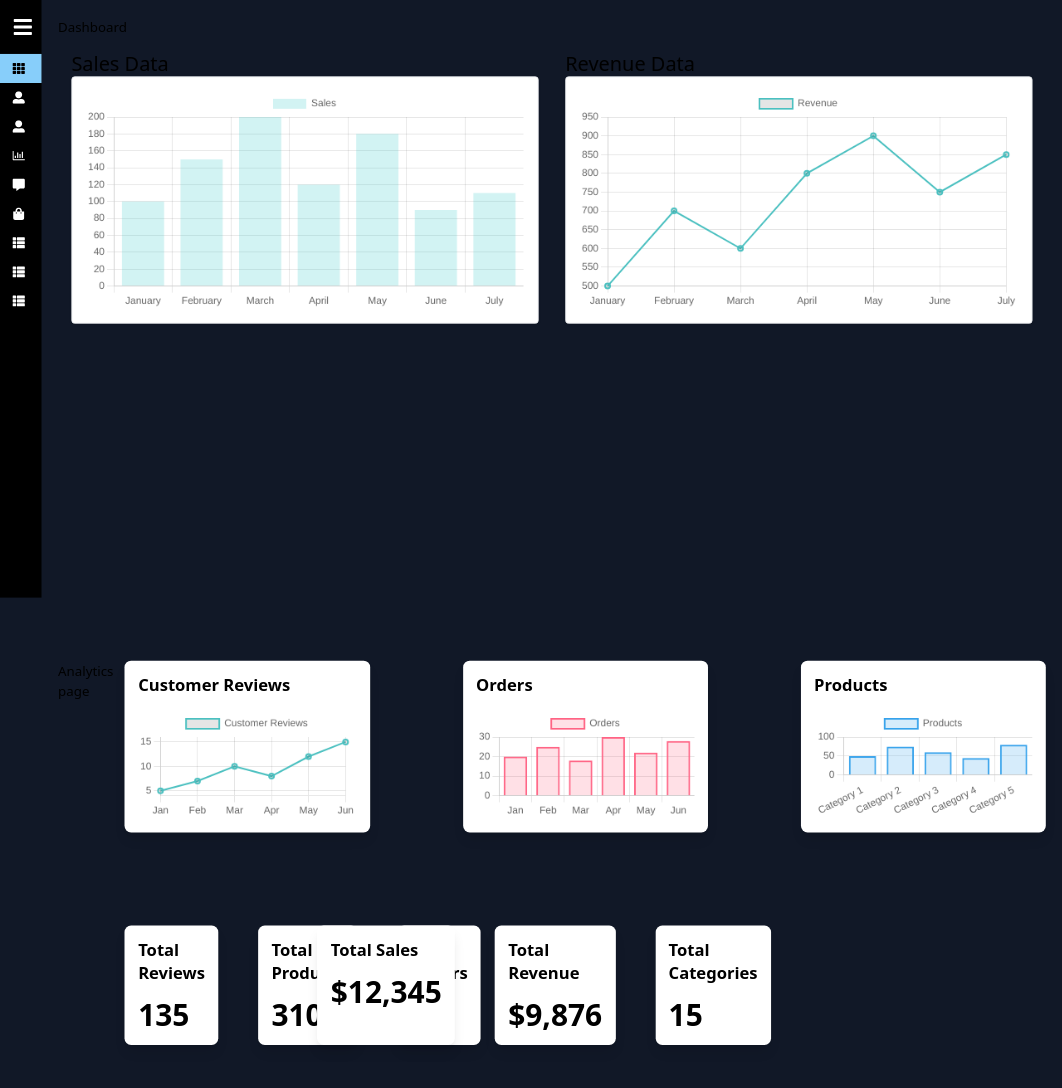
Repository: AndargWorku12/admin-dashboard
Page: /
An editor plug-in stored every save of this project. The page is shown before and after the next save, followed by the edit.
The browser window is 1280 px wide. The pictures show the whole page, at 83% of full size.
The project was rebuilt for these pictures with package versions that can differ from the ones it lists, and the page was loaded fresh each time. Also part of the build but not shown: src/pages/Orders.tsx, src/pages/Category.tsx, src/pages/Login.tsx, src/pages/CustemerReview.tsx, src/pages/ProductList.tsx, src/pages/ShopCard.tsx, src/pages/SignUpForm.tsx, src/pages/ForgetPassword.tsx.

Above is the page before, as saved 2024-01-29 05:53:01.

### src/index.tsx
import { ColorModeScript } from "@chakra-ui/react"
import * as React from "react"
import * as ReactDOM from "react-dom/client"
import App from "./App"
import './index.css'

const container = document.getElementById("root")
if (!container) throw new Error('Failed to find the root element');
const root = ReactDOM.createRoot(container)

root.render(

  <React.StrictMode>
    <ColorModeScript />
    <App />
  </React.StrictMode>,

)

### src/App.tsx

import React, {useState} from 'react';
import { BrowserRouter, Route, Routes } from 'react-router-dom';
import Sidebar from './components/Sidebar';
import Dashboard from './pages/Dashboard';
// import SignUpForm from './pages/LoginPopup'
import Orders from './pages/Orders';
import Category from './pages/Category';
import Login from './pages/Login'
import Analytics from './pages/Analytics';
import CustemerReview from './pages/CustemerReview';
import ProductList from './pages/ProductList';
import ShopCard from './pages/ShopCard';
import './App.css'
import SignUpForm from './pages/SignUpForm';
import ForgotPassword from './pages/ForgetPassword';
import AnalyticsPage from './pages/Analytics';



type SaleData = {
  date: string;
  amount: number;
};

type RevenueData = {
  month: string;
  revenue: number;
};

type Product = {
    id: string;
    photo: string;
    name: string;
    price: number;
    category: string;
};

type Order = {
    id: string;
    productName: string;
    quantity: number;
    totalPrice: number;

};

type CategoryType = {
  id: string;
  photo:string;
  name: string;
};



// Sample props for components
type DashboardProps = {
  saleData: SaleData[];
  revenueData: RevenueData[];
  // ... other props
};

type AnalyticsProps = {
  salesData: SaleData[];
  // ... other props
};

type ProductProps = {
  products: Product[];
  onUpdate: (productId: string, updatedProduct: Product) => void;

};




type OrderProps = {
  orders: Order[];
  // ... other props
};

type CategoryProps = {
  categories: CategoryType[];
  // ... other props
};







const App: React.FC = () => {


// for the product page to handle
  const [products, setProducts] = useState<Product[]>([


    {
      id: '1',
      photo: 'https://img.ltwebstatic.com/images3_pi/2022/01/10/16417919016a32607182dd11dedeb77e8324b683e8_thumbnail_900x.webp',
      name: 'Product 1',
      price: 29.99,
      category: 'Electronics',
    },
    {
      id: '2',
      photo: 'https://img.ltwebstatic.com/images3_pi/2022/01/10/16417919016a32607182dd11dedeb77e8324b683e8_thumbnail_900x.webp',
      name: 'Product 2',
      price: 49.99,
      category: 'Clothing',
    },
    {
      id: '3',
      photo: 'https://img.ltwebstatic.com/images3_pi/2022/01/10/16417919016a32607182dd11dedeb77e8324b683e8_thumbnail_900x.webp',
      name: 'Product 3',
      price: 9.99,
      category: 'Books',
    },
    {
      id: '4',
      photo: 'https://img.ltwebstatic.com/images3_pi/2022/01/10/16417919016a32607182dd11dedeb77e8324b683e8_thumbnail_900x.webp',
      name: 'Product 4',
      price: 79.99,
      category: 'Home and Kitchen',
    },
    {
      id: '5',
      photo: 'https://img.ltwebstatic.com/images3_pi/2022/01/10/16417919016a32607182dd11dedeb77e8324b683e8_thumbnail_900x.webp',
      name: 'Product 5',
      price: 39.99,
      category: 'Toys',
    },



  ]);

  // Function to handle creating a new product
  const handleCreate = (newProduct: Product) => {
    setProducts((prevProducts) => [...prevProducts, newProduct]);
  };

  // Function to handle updating a product

  const handleUpdate = (productId: string, newName: string, newPrice: number) => {
    setProducts((prevProducts) =>
      prevProducts.map((product) =>
        product.id === productId
          ? { ...product, name: newName, price: newPrice }
          : product
      )
    );
  };



  // Function to handle deleting a product
  const handleDelete = (productId: string) => {
    setProducts((prevProducts) => prevProducts.filter((product) => product.id !== productId));
  };

//  for AnalyticsPage
// for category page


const [categories, setCategories] = useState<CategoryType[]>([
  {
    id: '1',
    photo: 'https://plus.unsplash.com/premium_photo-1661662850226-83c981ed4eba?w=500&auto=format&fit=crop&q=60&ixlib=rb-4.0.3&ixid=M3wxMjA3fDB8MHxzZWFyY2h8MXx8bGFwdG9wJTIwY29tcHV0ZXJ8ZW58MHx8MHx8fDA%3D',
    name: 'Category 1',
  },
  {
    id: '2',
    photo: 'https://plus.unsplash.com/premium_photo-1661662850226-83c981ed4eba?w=500&auto=format&fit=crop&q=60&ixlib=rb-4.0.3&ixid=M3wxMjA3fDB8MHxzZWFyY2h8MXx8bGFwdG9wJTIwY29tcHV0ZXJ8ZW58MHx8MHx8fDA%3D',
    name: 'Category 2',
  },
  {
    id: '3',
    photo: 'https://plus.unsplash.com/premium_photo-1661662850226-83c981ed4eba?w=500&auto=format&fit=crop&q=60&ixlib=rb-4.0.3&ixid=M3wxMjA3fDB8MHxzZWFyY2h8MXx8bGFwdG9wJTIwY29tcHV0ZXJ8ZW58MHx8MHx8fDA%3D',
    name: 'Category 3',
  },
  {
    id: '4',
    photo: 'https://plus.unsplash.com/premium_photo-1661662850226-83c981ed4eba?w=500&auto=format&fit=crop&q=60&ixlib=rb-4.0.3&ixid=M3wxMjA3fDB8MHxzZWFyY2h8MXx8bGFwdG9wJTIwY29tcHV0ZXJ8ZW58MHx8MHx8fDA%3D',
    name: 'Category 4',
  },

]);

// Function to handle creating a new category
// const handleCreateCategory = (newCategory: CategoryType) => {
//   setCategories((prevCategories) => [...prevCategories, newCategory]);
// };
const handleCreateCategory = (newCategory: CategoryType) => {
  // Add the new category to the list of categories
  setCategories((prevCategories) => [...prevCategories, newCategory]);
};

const handleUpdateCategory = (categoryId: string, newName: string) => {
  setCategories((prevCategories) =>
    prevCategories.map((category) =>
      category.id === categoryId ? { ...category, name: newName } : category
    )
  );
};

// Function to handle deleting a category
const handleDeleteCategory = (categoryId: string) => {
  setCategories((prevCategories) => prevCategories.filter((category) => category.id !== categoryId));
};

  const saleData: SaleData[] = [
    { date: '2022-01-01', amount: 100 },
    { date: '2022-01-02', amount: 150 },
    { date: '2022-01-03', amount: 200 },
    { date: '2022-01-04', amount: 120 },
    { date: '2022-01-05', amount: 180 },
    { date: '2022-01-06', amount: 90 },
    { date: '2022-01-07', amount: 110 },
    { date: '2022-01-08', amount: 130 },
    { date: '2022-01-09', amount: 170 },
    { date: '2022-01-10', amount: 160 },
  ];

  const revenueData: RevenueData[] = [
    { month: 'January', revenue: 500 },
    { month: 'February', revenue: 700 },
    { month: 'March', revenue: 600 },
    { month: 'April', revenue: 800 },
    { month: 'May', revenue: 900 },
    { month: 'June', revenue: 750 },
    { month: 'July', revenue: 850 },
    { month: 'August', revenue: 950 },
    { month: 'September', revenue: 700 },
    { month: 'October', revenue: 850 },
  ];


   const [orders, setOrders] = useState<Order[]>([
    {
      id: '1',
      productName: 'Laptop',
      quantity: 2,
      totalPrice: 2000,
    },
    {
      id: '2',
      productName: 'Smartphone',
      quantity: 3,
      totalPrice: 1200,
    },
    {
      id: '3',
      productName: 'Headphones',
      quantity: 1,
      totalPrice: 100,
    },
    {
      id: '4',
      productName: 'Camera',
      quantity: 1,
      totalPrice: 800,
    },

   ]);

  // Function to create a new order
  const handleCreateOrder = (newOrder: Order) => {
    setOrders((prevOrders) => [...prevOrders, newOrder]);
  };

  // Function to delete an order
  const handleDeleteOrder = (orderId: string) => {
    const updatedOrders = orders.filter(order => order.id !== orderId);
    setOrders(updatedOrders);
  };

  // Function to update an order
  const handleUpdateOrder = (orderId: string, updatedOrder: Order) => {
    // Placeholder implementation: Updating the order in the list
    setOrders((prevOrders) =>
      prevOrders.map((order) =>
        order.id === orderId ? { ...order, ...updatedOrder } : order
      )
    );
  };

  return (
    <div className='bg-gray-900'>
    <BrowserRouter>
    <Sidebar>
      <Routes>
        <Route path="/" element={<Dashboard saleData={saleData} revenueData={revenueData}  />} />
        <Route path="/dashboard" element={<Dashboard saleData={saleData} revenueData={revenueData}  />} />
       <Route path="/login" element={<Login/>}/>
       <Route path='/forget-password' element={<ForgotPassword/>}/>
        <Route path="/signup" element={<SignUpForm />} />
        <Route path="/review"element={<CustemerReview username="John" joinedDate="2022-01-01" reviewDate="2022-01-15" reviewText="Lorem ipsum" />}
/>

        <Route path="/analytics" element={<Analytics  />} />
        <Route
  path="/product"
  element={<ProductList products={products} onCreate={handleCreate} onDelete={handleDelete} onUpdate={handleUpdate} />}
/>
        <Route path="/shop" element={<ShopCard />} />
        <Route
        path="/orders"
        element={
          <Orders
  orders={orders}
  onCreateOrder={handleCreateOrder}
  onDeleteOrder={handleDeleteOrder}
  onUpdateOrder={handleUpdateOrder}
/>
        }
      />

        <Route
            path="/category"
            element={<Category
              categories={categories}
              onCreate={handleCreateCategory}
              onDelete={handleDeleteCategory}
              onUpdate={handleUpdateCategory}
            />}
          />

      </Routes>
    </Sidebar>
  </BrowserRouter>
  </div>
  );
};

export default App;

### src/components/Sidebar.tsx
import React, { useState } from 'react';
import ReactNode from "react";
import {
    FaTh,
    FaBars,
    FaUserAlt,
    FaRegChartBar,
    FaCommentAlt,
    FaShoppingBag,
    FaThList
} from 'react-icons/fa';
import { NavLink, NavLinkProps } from 'react-router-dom';



interface MenuItem {
    path: string;
    name: string;
    icon: JSX.Element;
}

interface SidebarProps {
  children: React.ReactNode;
}
    const Sidebar: React.FC<React.PropsWithChildren<{}>> = ({ children }) => {
    const [isOpen, setIsOpen] = useState(false);

    const toggle = () => setIsOpen(!isOpen);

    const menuItems: MenuItem[] = [
        {
            path: '/',
            name: 'Dashboard',
            icon: <FaTh />,
        },
        {
            path: '/login',
            name: 'Login',
            icon: <FaUserAlt />,
        },
        {
          path: '/signup',
          name: 'Register form',
          icon: <FaUserAlt />,
      },
        {
            path: '/analytics',
            name: 'Analytics',
            icon: <FaRegChartBar />,
        },
        {
            path: '/review',
            name: 'CustemerReview',
            icon: <FaCommentAlt />,
        },
        {
            path: '/product',
            name: 'Product',
            icon: <FaShoppingBag />,
        },
        {
            path: '/category',
            name: 'Category List',
            icon: <FaThList />,
        },
        {
          path: '/orders',
          name: 'Orders',
          icon: <FaThList />,
      },
      {
        path: '/shop',
        name: 'Sample product',
        icon: <FaThList />,
    },
    ];

    return (
        <div className="container">
            <div style={{ width: isOpen ? '200px' : '50px' }} className="sidebar">
                <div className="top_section">
                    <h1 style={{ display: isOpen ? 'block' : 'none' }} className="logo">
                        Logo
                    </h1>
                    <div style={{ marginLeft: isOpen ? '50px' : '0px' }} className="bars">
                        <FaBars onClick={toggle} />
                    </div>
                </div>
                {menuItems.map((item, index) => (
                    <NavLink to={item.path} key={index} className="link"
                    //  activeClassName="active"
                     >
                        <div className="icon">{item.icon}</div>
                        <div style={{ display: isOpen ? 'block' : 'none' }} className="link_text text-sm">
                            {item.name}
                        </div>
                    </NavLink>
                ))}
            </div>
            <main>{children}</main>
        </div>
    );
};

export default Sidebar;

### src/pages/Dashboard.tsx
import React from 'react';
import { Bar, Line } from 'react-chartjs-2';
import {
  Chart as ChartJS,
  CategoryScale,
  LinearScale,
  BarElement,
  PointElement,
  LineElement,
  Title,
  Tooltip,
  Legend,
} from 'chart.js';
import AnalyticsPage from './Analytics';

ChartJS.register(
  CategoryScale,
  LinearScale,
  BarElement,
  PointElement,
  LineElement,
  Title,
  Tooltip,
  Legend
);
// import Chart from 'chart.js/auto';
// Assuming saleData and revenueData are custom types
type SaleData = {
  date: string;
  amount: number;
};

type RevenueData = {
  month: string;
  revenue: number;
};

interface DashboardProps {
  saleData: SaleData[];
  revenueData: RevenueData[];
}

const Dashboard: React.FC<DashboardProps> = ({ saleData, revenueData }) => {
  const barChartData = {
    labels: ['January', 'February', 'March', 'April', 'May', 'June', 'July'],
    datasets: [
      {
        label: 'Sales',
        data: saleData.map((data) => data.amount),
        backgroundColor: 'rgba(34,192,192,0.2)',



      },
    ],
  };

  const lineChartData = {
    labels: ['January', 'February', 'March', 'April', 'May', 'June', 'July'],
    datasets: [
      {
        label: 'Revenue',
        data: revenueData.map((data) => data.revenue),
        fill: false,
        borderColor: 'rgba(75,192,192,1)',
        borderWidth: 2,
        //some thing


      },
    ],
  };

  return (
    <div>
      <h2>Dashboard</h2>
<div className="flex h-screen">
      <div className="flex-1 max-w-screen-md p-4">
        <h3 className="text-2xl">Sales Data</h3>
        <div className="border p-4 bg-white rounded shadow">
        <Bar data={barChartData} />
      </div>
      </div>

      <div className="flex-1 max-w-screen-md p-4">
        <h3 className="text-2xl">Revenue Data</h3>
        <div className="border p-4 bg-white rounded shadow" >
        <Line data={lineChartData} />
        </div>
      </div>
      </div>
      <div>
      <AnalyticsPage/>
      </div>
    </div>
  );
};

export default Dashboard;











// import React from 'react';
// import { Bar, Line } from 'react-chartjs-2';

// interface DashboardProps {
//   saleData: saleData[];
//   revenueData: revenueData[];
// }

// const Dashboard: React.FC<DashboardProps> = ({ saleData, revenueData }) => {
//   const barChartData = {
//     labels: ['January', 'February', 'March', 'April', 'May', 'June', 'July'],
//     datasets: [
//       {
//         label: 'Sales',
//         data: saleData,
//         backgroundColor: 'rgba(75,192,192,0.2)',
//         borderColor: 'rgba(75,192,192,1)',
//         borderWidth: 1,
//       },
//     ],
//   };

//   const lineChartData = {
//     labels: ['January', 'February', 'March', 'April', 'May', 'June', 'July'],
//     datasets: [
//       {
//         label: 'Revenue',
//         data: revenueData,
//         fill: false,
//         borderColor: 'rgba(75,192,192,1)',
//         borderWidth: 2,
//       },
//     ],
//   };

//   return (
//     <div>
//       <h2>Dashboard</h2>

//       <div>
//         <h3>Sales Data</h3>
//         <Bar data={barChartData} />
//       </div>

//       <div>
//         <h3>Revenue Data</h3>
//         <Line data={lineChartData} />
//       </div>
//     </div>
//   );
// };

// export default Dashboard;

### src/pages/Analytics.tsx
// Install dependencies:
// npm install react-chartjs-2 chart.js

import React from 'react';
import { Bar, Line } from 'react-chartjs-2';

const AnalyticsPage: React.FC = () => {
  // Sample data
  const customerReviewData = {
    labels: ['Jan', 'Feb', 'Mar', 'Apr', 'May', 'Jun'],
    datasets: [
      {
        label: 'Customer Reviews',
        data: [5, 7, 10, 8, 12, 15],
        borderColor: 'rgba(75, 192, 192, 1)',
        borderWidth: 2,
        fill: false,
      },
    ],
  };

  const ordersData = {
    labels: ['Jan', 'Feb', 'Mar', 'Apr', 'May', 'Jun'],
    datasets: [
      {
        label: 'Orders',
        data: [20, 25, 18, 30, 22, 28],
        backgroundColor: 'rgba(255, 99, 132, 0.2)',
        borderColor: 'rgba(255, 99, 132, 1)',
        borderWidth: 2,
      },
    ],
  };

  const productsData = {
    labels: ['Category 1', 'Category 2', 'Category 3', 'Category 4', 'Category 5'],
    datasets: [
      {
        label: 'Products',
        data: [50, 75, 60, 45, 80],
        backgroundColor: 'rgba(54, 162, 235, 0.2)',
        borderColor: 'rgba(54, 162, 235, 1)',
        borderWidth: 2,
      },
    ],
  };

  return (
    <div className="container mx-auto my-8 ">
      <h2>Analytics page</h2>
      <div className="grid grid-cols-1 md:grid-cols-2 lg:grid-cols-3 gap-28">
        {/* Customer Reviews Chart */}
        <div className="bg-white p-4 rounded-lg shadow-lg">
          <h2 className="text-xl font-bold mb-4">Customer Reviews</h2>
          <Line data={customerReviewData} />
        </div>

        {/* Orders Chart */}
        <div className="bg-white p-4 rounded-lg shadow-lg">
          <h2 className="text-xl font-bold mb-4">Orders</h2>
          <Bar data={ordersData} />
        </div>

        {/* Products Chart */}
        <div className="bg-white p-4 rounded-lg shadow-lg">
          <h2 className="text-xl font-bold mb-4">Products</h2>
          <Bar data={productsData} />
        </div>

        {/* Total Metrics Cards */}
        <div className='col-span-3 md:col-span-2 lg:col-span-1 flex justify-between gap-10'>


        <div className="col-span-3 md:col-span-2 lg:col-span-1 flex justify-between gap-8 w-48">
          <div className="bg-white p-4 rounded-lg shadow-lg flex-1 mr-4">
            <h2 className="text-xl font-bold mb-4">Total Reviews</h2>
            <p className="text-4xl font-bold">135</p>
          </div>

          <div className="bg-white p-4 rounded-lg shadow-lg flex-1 mr-4">
            <h2 className="text-xl font-bold mb-4">Total Products</h2>
            <p className="text-4xl font-bold">310</p>
          </div>

          <div className="bg-white p-4 rounded-lg shadow-lg flex-1">
            <h2 className="text-xl font-bold mb-4">Total Orders</h2>
            <p className="text-4xl font-bold">98</p>
          </div>
        </div>

        <div className="col-span-3 md:col-span-2 lg:col-span-1 flex justify-between gap-8 w-48">
          <div className="bg-white p-4 rounded-lg shadow-lg flex-1 mr-4">
            <h2 className="text-xl font-bold mb-4">Total Sales</h2>
            <p className="text-4xl font-bold">$12,345</p>
          </div>
<div className='gap-8 col-span-3 md:col-span-2 lg:col-span-1 flex justify-between w-48'>
          <div className="bg-white p-4 rounded-lg shadow-lg flex-1 mr-4">
            <h2 className="text-xl font-bold mb-4">Total Revenue</h2>
            <p className="text-4xl font-bold">$9,876</p>
          </div>

          <div className="bg-white p-4 rounded-lg shadow-lg flex-1">
            <h2 className="text-xl font-bold mb-4">Total Categories</h2>
            <p className="text-4xl font-bold">15</p>
          </div>
          </div>
        </div>
        </div>
      </div>
    </div>
  );
};

export default AnalyticsPage;

### src/App.css
* {
    margin: 0;
    padding: 0;
    text-decoration: none;
}

.container {
    display: flex;
}

main {
    width: 100%;
    padding: 20px;
}

.sidebar {
    background: #000;
    color: #fff;
    height: 100vh;
    width: 200px;
    transition: all 0.5s;
}

.top_section {
    display: flex;
    align-items: center;
    padding: 20px 15px;
}

.logo {
    font-size: 30px;
}

.bars {
    display: flex;
    font-size: 25px;
    margin-left: 50px;
}

.link {
    display: flex;
    color: #fff;
    padding: 10px 15px;
    gap: 15px;
    transition: all 0.5s;
}

.link:hover {
    background: lightskyblue;
    color: #000;
    transition: all 0.5s;
}

.active {
    background: lightskyblue;
    color: #000;
}

.icon,
.link_text {
    font-size: 15px;
}

Loaded but not shown: public/index.html (common file); src/index.css (common file); tailwind.config.js (common file)

After the next save:
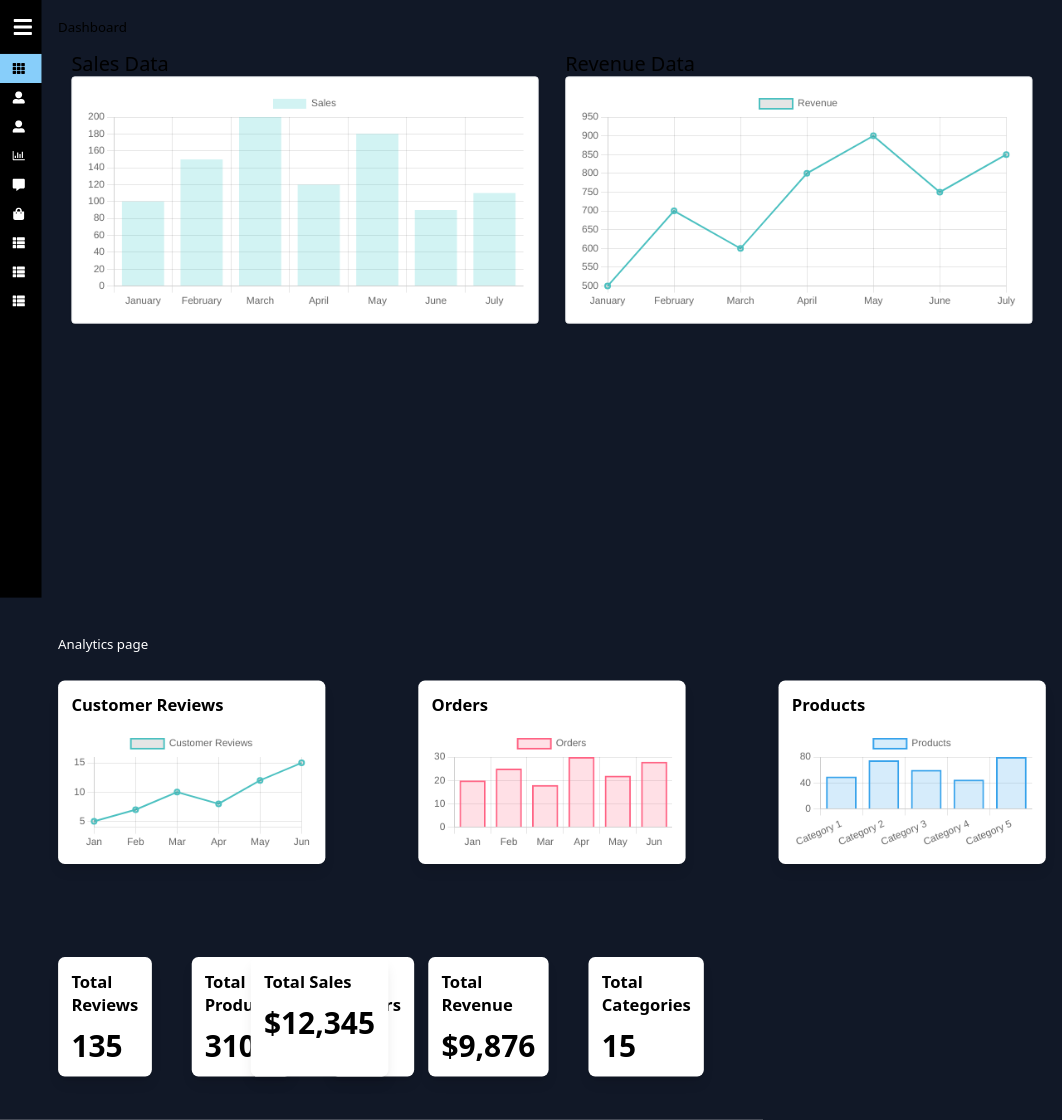
Saved 70 s later.
--- a/src/pages/Analytics.tsx
+++ b/src/pages/Analytics.tsx
@@ -46,8 +46,10 @@ const AnalyticsPage: React.FC = () => {
   };
 
   return (
+    <>
+    <h2 className='text-white'>Analytics page</h2>
     <div className="container mx-auto my-8 ">
-      <h2>Analytics page</h2>
+
       <div className="grid grid-cols-1 md:grid-cols-2 lg:grid-cols-3 gap-28">
         {/* Customer Reviews Chart */}
         <div className="bg-white p-4 rounded-lg shadow-lg">
@@ -108,6 +110,7 @@ const AnalyticsPage: React.FC = () => {
         </div>
       </div>
     </div>
+    </>
   );
 };
 
